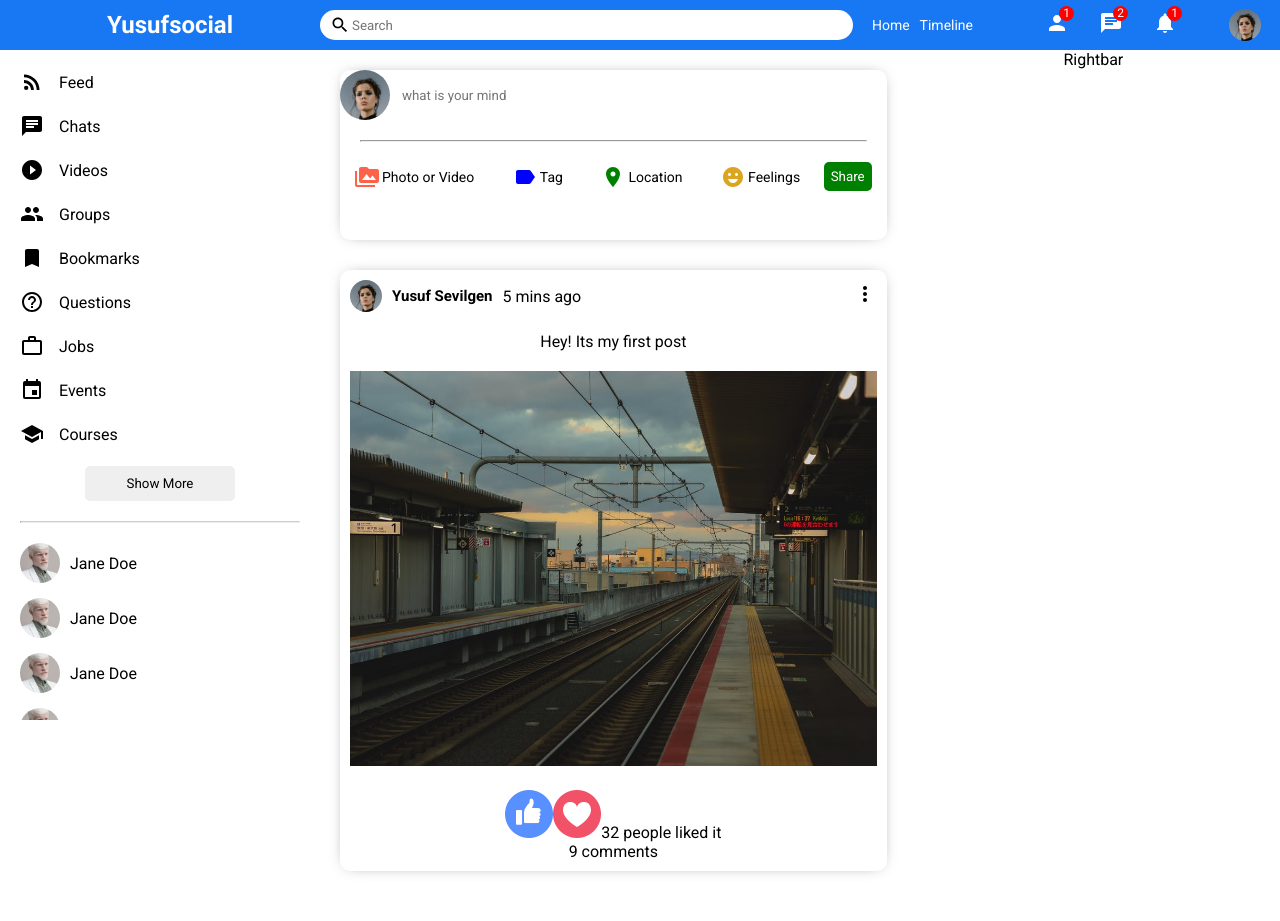
Repository: sevilgenysf/socialmediaapp
Page: /
An editor plug-in stored every save of this project. The page is shown before and after a run of saves, followed by the edit.
The browser window is 1280 px wide. The pictures show the whole page.
The project was rebuilt for these pictures with package versions that can differ from the ones it lists, and the page was loaded fresh each time.

Above is the page before, as saved 2022-02-17 10:45:35.

After the next 3 saves:
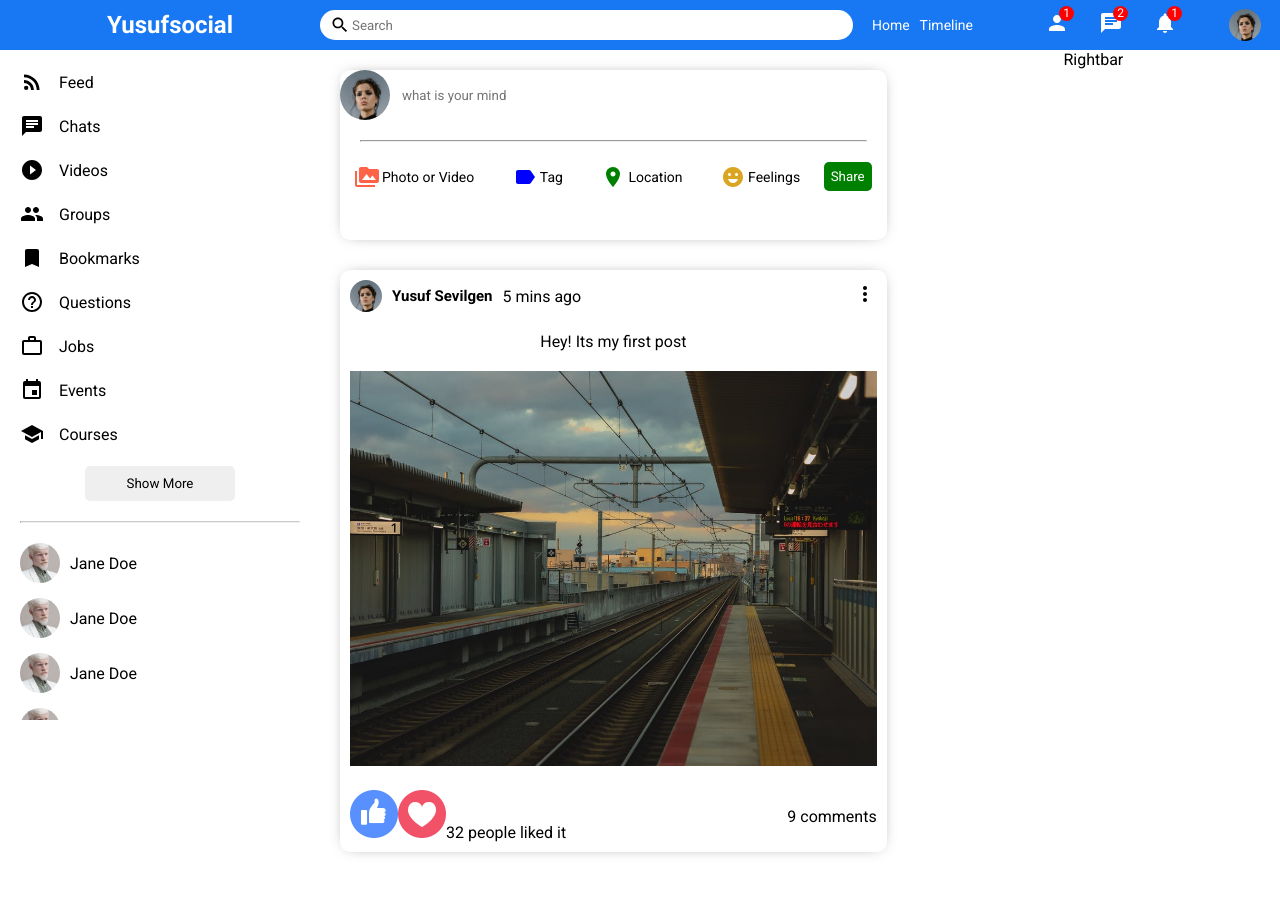
The 3 saves are shown as one change because they came seconds apart.
The last was saved 35 s later.
--- a/src/components/post/post.css
+++ b/src/components/post/post.css
@@ -50,3 +50,9 @@
 	max-height: 500px;
 	object-fit: contain;
 }
+
+.postBottom {
+	display: flex;
+	align-items: center;
+	justify-content: space-between;
+}
